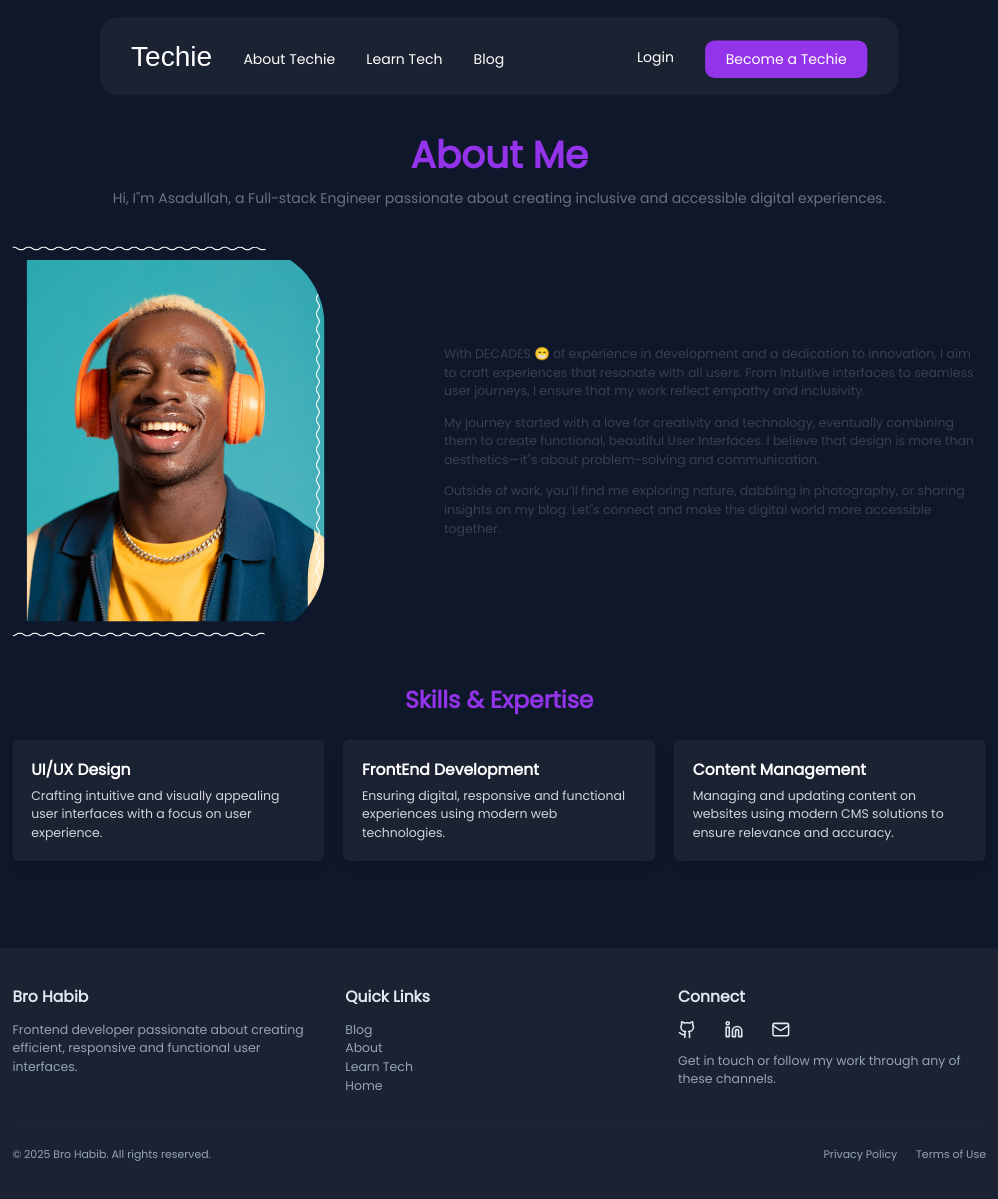
Repository: asadullah48/data-fetch
Page: /about
The author's editor kept a copy of each file at every save. The page is drawn from the files as they stood at one save, then again after the next save.
The browser window is 1280 px wide. The pictures show the whole page, at 78% of full size.
Some web fonts or font styles are not loaded; a fallback is used. The project was rebuilt for these pictures with package versions that can differ from the ones it lists, and the page was loaded fresh each time. The framework's server and built-in components were replaced by stand-ins that run in the browser. Also part of the build but not shown: next.config.mjs.

Above is the page before, as saved 2025-01-15 12:25:57.

After the next save:
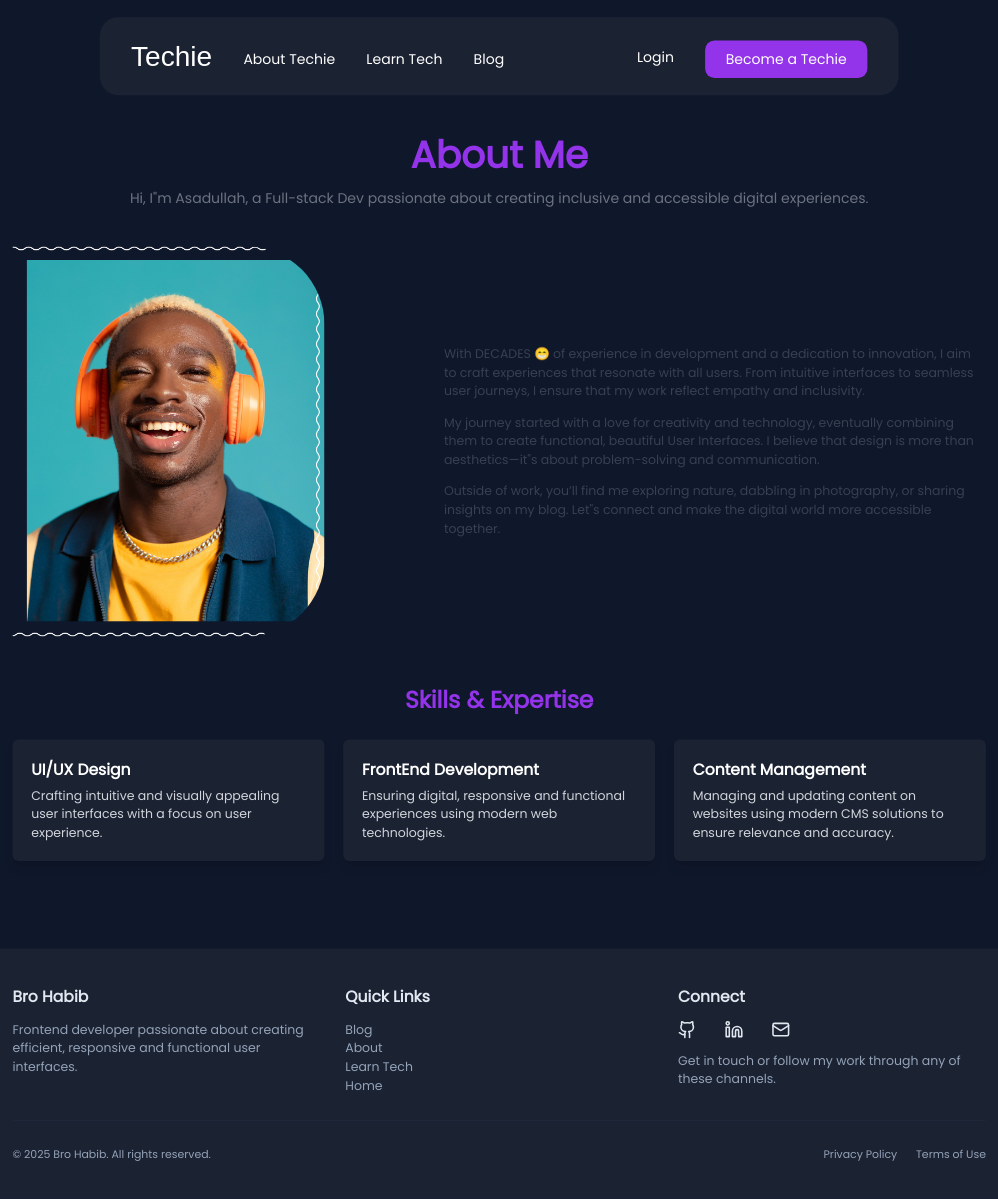
Saved 9 s later.
--- a/src/app/about/page.tsx
+++ b/src/app/about/page.tsx
@@ -8,7 +8,7 @@ export default function About() {
             <div className="text-center mb-12">
                 <h1 className="text-5xl font-bold text-[#9333EA]">About Me</h1>
                 <p className="text-lg text-gray-500 mt-4">
-                    Hi, I&quot;m Asadullah, a Full-stack Engineer passionate about creating inclusive and accessible digital experiences.
+                    Hi, I&quot;m Asadullah, a Full-stack Dev passionate about creating inclusive and accessible digital experiences.
                 </p>
             </div>
 
